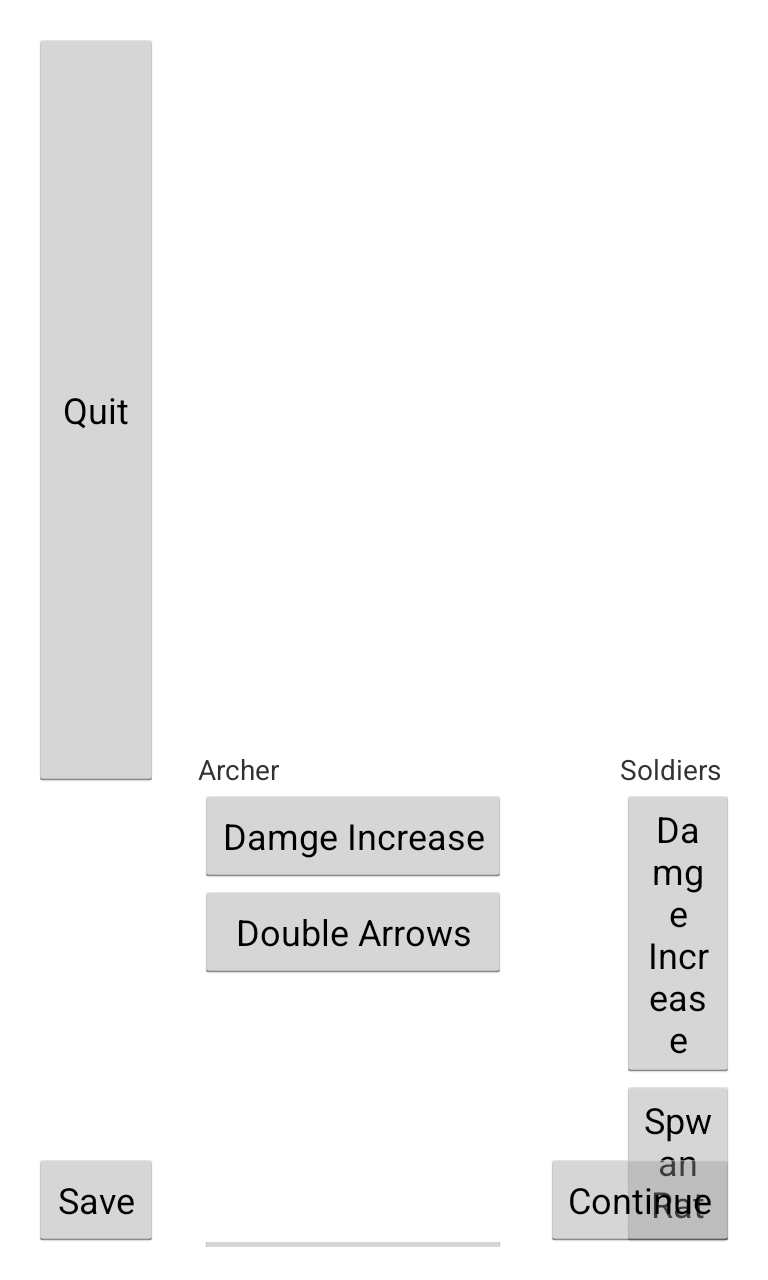
Repository: wsovran/group4
Layout: workspace/Archer/res/layout/activity_shop.xml
An editor plug-in stored every save of this project. The layout is shown before and after the next save, followed by the edit.
It is drawn on a 768 x 1280 px phone screen (xhdpi) without system bars, with theme AppTheme; the app's code is not run.

Above is the layout before, as saved 2014-03-31 22:28:00.

### workspace/Archer/res/layout/activity_shop.xml
<RelativeLayout xmlns:android="http://schemas.android.com/apk/res/android"
    xmlns:tools="http://schemas.android.com/tools"
    android:layout_width="match_parent"
    android:layout_height="match_parent"
    android:gravity="top"
    android:paddingBottom="@dimen/activity_vertical_margin"
    android:paddingLeft="@dimen/activity_horizontal_margin"
    android:paddingRight="@dimen/activity_horizontal_margin"
    android:paddingTop="@dimen/activity_vertical_margin"
    tools:context=".ShopActivity" >

    <Button
        android:id="@+id/Button02"
        android:layout_width="wrap_content"
        android:layout_height="wrap_content"
        android:layout_alignLeft="@+id/Button04"
        android:layout_alignRight="@+id/Button04"
        android:layout_below="@+id/Button04"
        android:text="@string/btn_spawn" />

    <Button
        android:id="@+id/Button03"
        android:layout_width="wrap_content"
        android:layout_height="wrap_content"
        android:layout_alignLeft="@+id/Button02"
        android:layout_alignRight="@+id/Button02"
        android:layout_below="@+id/Button02"
        android:text="@string/btn_health" />

    <TextView
        android:id="@+id/textView1"
        android:layout_width="wrap_content"
        android:layout_height="wrap_content"
        android:layout_above="@+id/button4"
        android:layout_alignLeft="@+id/button4"
        android:text="@string/Archer_Text_view" />

    <TextView
        android:id="@+id/textView2"
        android:layout_width="wrap_content"
        android:layout_height="wrap_content"
        android:layout_above="@+id/Button04"
        android:layout_alignLeft="@+id/Button04"
        android:layout_alignRight="@+id/Button04"
        android:text="@string/Soilders_text_view" />

    <Button
        android:id="@+id/button5"
        android:layout_width="wrap_content"
        android:layout_height="wrap_content"
        android:layout_alignBottom="@+id/textView1"
        android:layout_alignParentLeft="true"
        android:layout_alignParentTop="true"
        android:text="@string/quit" />

    <Button
        android:id="@+id/button6"
        android:layout_width="wrap_content"
        android:layout_height="wrap_content"
        android:layout_alignParentBottom="true"
        android:layout_alignParentRight="true"
        android:text="@string/ContinueGame" />

    <Button
        android:id="@+id/button7"
        android:layout_width="wrap_content"
        android:layout_height="wrap_content"
        android:layout_alignBaseline="@+id/button6"
        android:layout_alignBottom="@+id/button6"
        android:layout_alignLeft="@+id/button5"
        android:text="@string/save" />

    <Button
        android:id="@+id/button1"
        android:layout_width="wrap_content"
        android:layout_height="wrap_content"
        android:layout_above="@+id/button7"
        android:layout_alignLeft="@+id/button4"
        android:layout_alignRight="@+id/button4"
        android:layout_marginBottom="86dp"
        android:text="@string/Arrows_btn" />

    <Button
        android:id="@+id/Button04"
        android:layout_width="wrap_content"
        android:layout_height="wrap_content"
        android:layout_below="@+id/textView1"
        android:layout_marginLeft="56dp"
        android:layout_toRightOf="@+id/button4"
        android:text="@string/btn_damage" />

    <Button
        android:id="@+id/button4"
        android:layout_width="wrap_content"
        android:layout_height="wrap_content"
        android:layout_above="@+id/button1"
        android:layout_marginLeft="19dp"
        android:layout_toRightOf="@+id/button5"
        android:text="@string/btn_damage" />

    <Button
        android:id="@+id/button2"
        android:layout_width="wrap_content"
        android:layout_height="wrap_content"
        android:layout_alignBaseline="@+id/Button03"
        android:layout_alignBottom="@+id/Button03"
        android:layout_alignLeft="@+id/button1"
        android:layout_toLeftOf="@+id/Button04"
        android:text="@string/btn_arrow" />

</RelativeLayout>

### workspace/Archer/res/values/strings.xml
<?xml version="1.0" encoding="utf-8"?>
<resources>

    <string name="app_name">Archer</string>
    <string name="action_settings">Settings</string>
    <string name="hello_world">Hello world!</string>
    <string name="NewGame">New Game</string>
    <string name="ContinueGame">Continue</string>
    <string name="HighScores">High Scores</string>
    <string name="Options">Options</string>
    <string name="Tutorial">Tutorial</string>
    <string name="title_activity_tutorial">TutorialActivity</string>
    <string name="TutorialScreenText">//TO-DO: Add Tutorial Text</string>
    <string name="GoBack">&lt;</string>
    <string name="title_activity_options">OptionsActivity</string>
    <string name="SoundControl">Sound</string>
    <string name="ResetHighScore">Reset High Score</string>
    <string name="title_activity_high_score">HighScoreActivity</string>
    <string name="title_activity_game">GameActivity</string>
    <string name="title_activity_new_game">NewGameActivity</string>
    <string name="title_activity_shop">ShopActivity</string>
    <string name="Archer_Text_view">Archer</string>
    <string name="Soilders_text_view">Soldiers</string>
    <string name="quit">Quit</string>
    <string name="save">Save</string>
    <string name="btn_damage">Damge Increase</string>
    <string name="Arrows_btn">Double Arrows</string>
    <string name="btn_arrow">Piercing Arrows</string>
    <string name="btn_speed">Move Speed</string>
    <string name="btn_health">Health</string>
    <string name="btn_spawn">Spwan Rate</string>

</resources>

Loaded but not shown: workspace/Archer/res/values/styles.xml (common file); workspace/Archer/res/values-v11/styles.xml (common file); workspace/Archer/res/values-v14/styles.xml (common file); workspace/Archer/res/values/dimens.xml (common file)

After the next save:
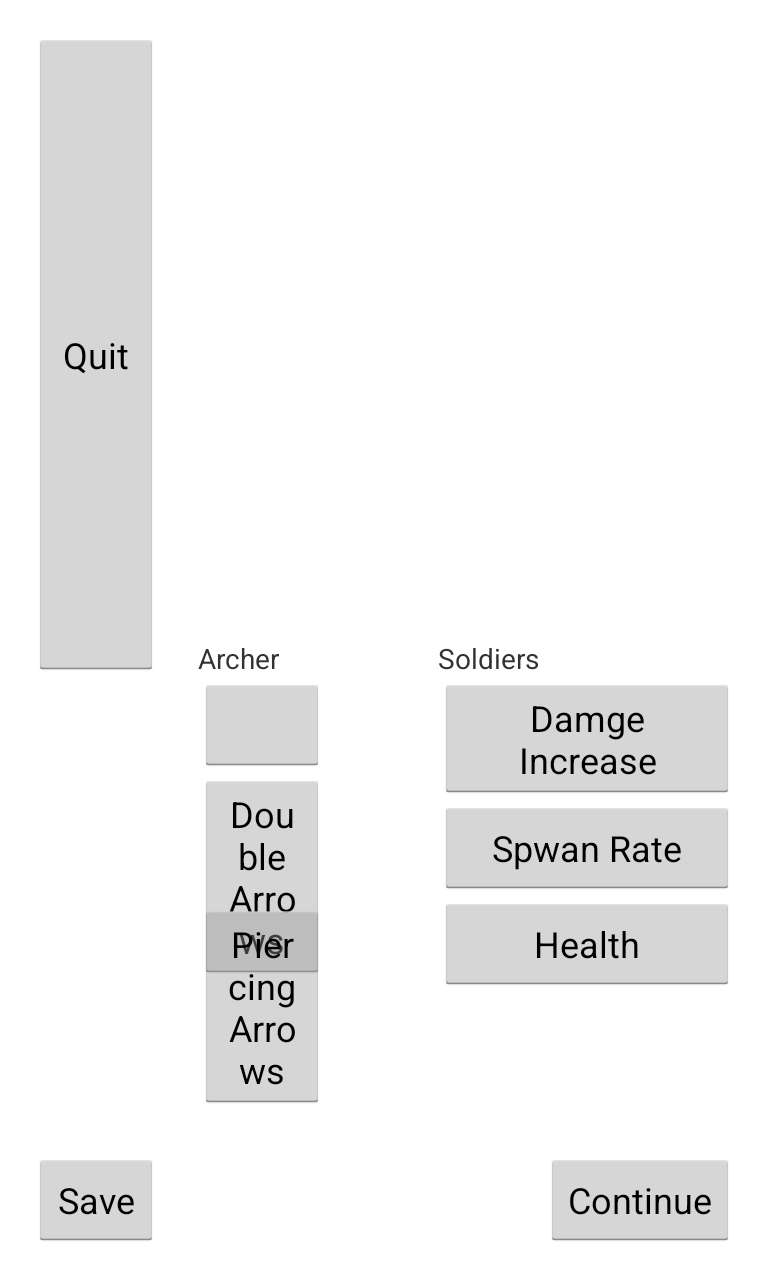
Saved 19 s later.
--- a/workspace/Archer/res/layout/activity_shop.xml
+++ b/workspace/Archer/res/layout/activity_shop.xml
@@ -95,8 +95,7 @@
         android:layout_height="wrap_content"
         android:layout_above="@+id/button1"
         android:layout_marginLeft="19dp"
-        android:layout_toRightOf="@+id/button5"
-        android:text="@string/btn_damage" />
+        android:layout_toRightOf="@+id/button5" />
 
     <Button
         android:id="@+id/button2"

After the save that followed:
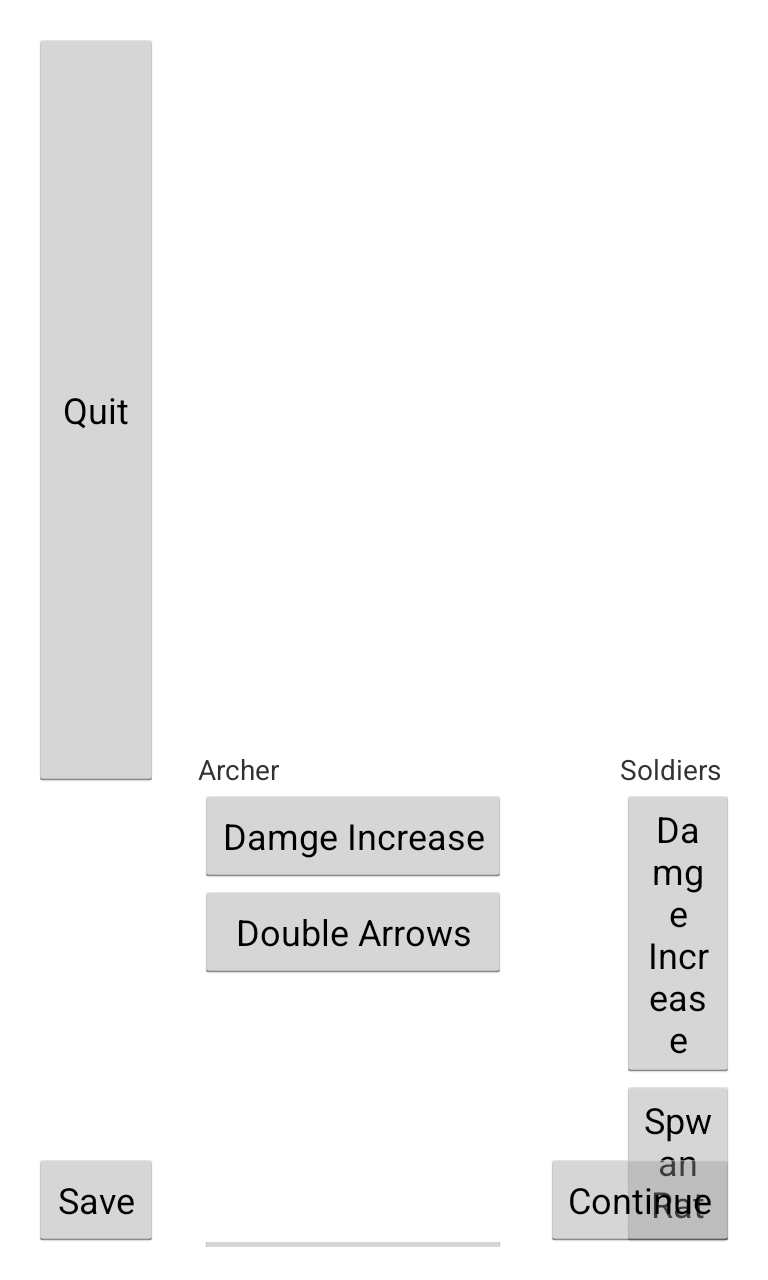
Saved 8 min 36 s later.
--- a/workspace/Archer/res/layout/activity_shop.xml
+++ b/workspace/Archer/res/layout/activity_shop.xml
@@ -95,7 +95,8 @@
         android:layout_height="wrap_content"
         android:layout_above="@+id/button1"
         android:layout_marginLeft="19dp"
-        android:layout_toRightOf="@+id/button5" />
+        android:layout_toRightOf="@+id/button5"
+        android:text="@string/btn_damage" />
 
     <Button
         android:id="@+id/button2"
